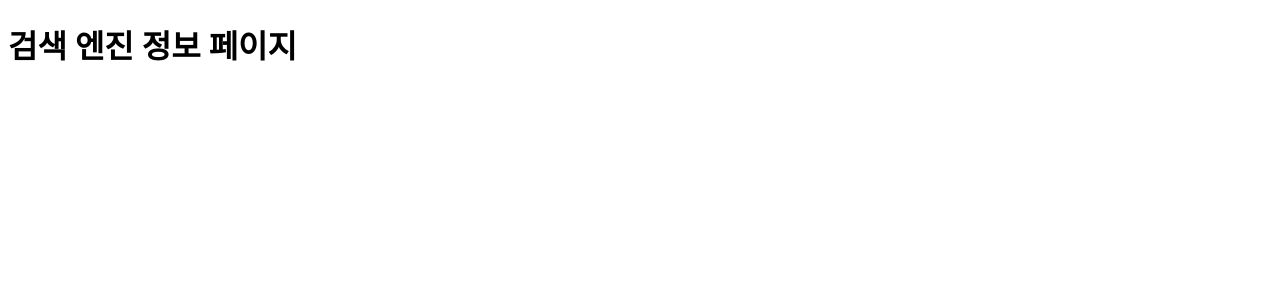
Repository: Endki/self_study_wep
Page: http://localhost/self-study-04/move.jsp
These files come from the project's save history. The page is drawn as it stood at one moment and after the next save; the edit follows.
The browser window is 1280 px wide. The pictures show the whole page.
The page is served by Tomcat 9.

Above is the page before, as saved 2018-08-02 07:45:22.

After the next save:
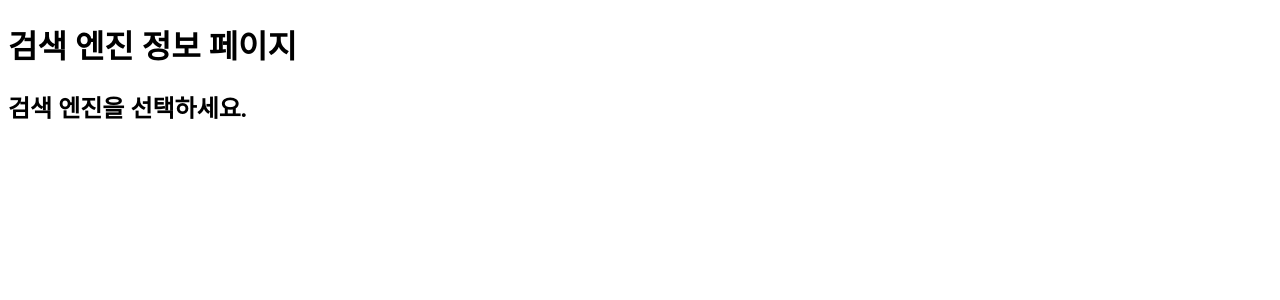
Saved 7 min 16 s later.
--- a/self_study/self-study-04/WebContent/move.jsp
+++ b/self_study/self-study-04/WebContent/move.jsp
@@ -8,7 +8,7 @@
 </head>
 <body>
 <h1>검색 엔진 정보 페이지</h1>
-
+<h2>검색 엔진을 선택하세요.</h2>
 
 
 
